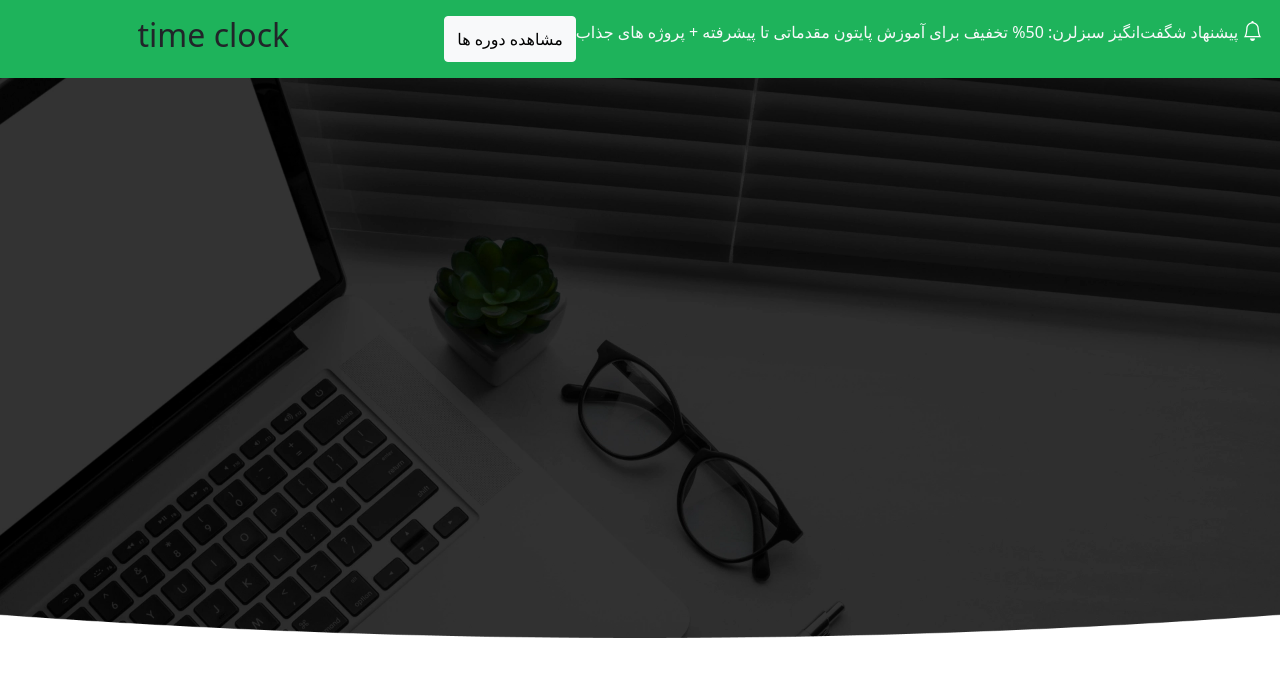
Repository: mobina-mirzaei/final-project-mirzaei
Page: index.html
These files come from the project's save history. The page is drawn as it stood at one moment and after the next save; the edit follows.
The browser window is 1280 px wide. The pictures show the whole page.
The style sheet was rebuilt from its Sass, Less or Tailwind sources for each picture, by a compiler version that may differ from the author's.

Above is the page before, as saved 2025-06-05 21:36:41.

### index.html
<!DOCTYPE html>
<html lang="fa" dir="rtl">
  <head>
    <meta charset="UTF-8" />
    <meta name="viewport" content="width=device-width, initial-scale=1.0" />
    <link
      rel="stylesheet"
      href="./assets/bootstrap-5.1.3-dist/bootstrap-5.1.3-dist/css/bootstrap.rtl.min.css"
    />
    <script
      src="./assets/bootstrap-5.1.3-dist/bootstrap-5.1.3-dist/js/bootstrap.bundle.min.js"
      defer
    ></script>
    <link rel="stylesheet" href="./assets/css/main.css" />
    <link rel="stylesheet" href="https://cdn.jsdelivr.net/npm/bootstrap-icons@1.10.5/font/bootstrap-icons.css"/>
    <title>SabzLearn</title>
  </head>
  <body>
    <div class="container-fluid">
      <div class="row d-flex justify-content-between aling-items-center pre-nav py-3">
        <div class="col-lg-8 d-flex justify-content-center aling-items-center">
            <span class="text-light">
                <i class="bi bi-bell" style="color: white; font-size: 20px;"></i>
                پیشنهاد شگفت‌انگیز سبزلرن: 50% تخفیف برای آموزش پایتون مقدماتی تا
                پیشرفته + پروژه های جذاب
            </span>
            <button type="button" class="btn btn-light">مشاهده دوره ها</button>
        </div>
        <div class="col-lg-4 d-flex justify-content-center aling-items-center">
            <h2>time clock</h2>
        </div>
      </div>
      <div class="row">
        <div class="col-lg-12 g-0 back-img">
            <img src="./assets/images/hero-section.webp" alt="" class="cover img-fluid ">
        </div>
      </div>
    </div>
  </body>
</html>

### assets/scss/main.scss
.pre-nav{
    background-color:rgb(30 179 91);
}

Loaded but not shown: assets/bootstrap-5.1.3-dist/bootstrap-5.1.3-dist/css/bootstrap.rtl.min.css (library); assets/bootstrap-5.1.3-dist/bootstrap-5.1.3-dist/js/bootstrap.bundle.min.js (library)

After the next save:
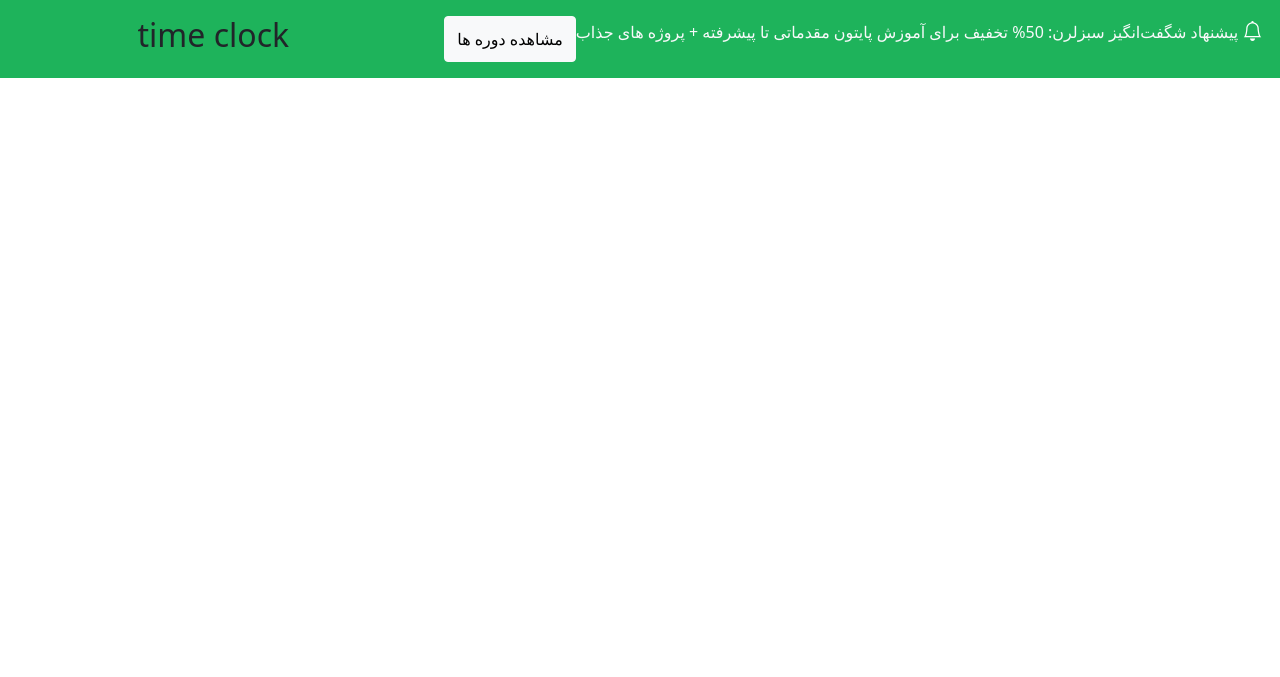
Saved 44 s later.
--- a/index.html
+++ b/index.html
@@ -32,7 +32,7 @@
       </div>
       <div class="row">
         <div class="col-lg-12 g-0 back-img">
-            <img src="./assets/images/hero-section.webp" alt="" class="cover img-fluid ">
+            <!-- <img src="./assets/images/hero-section.webp" alt="" class="cover img-fluid "> -->
         </div>
       </div>
     </div>
